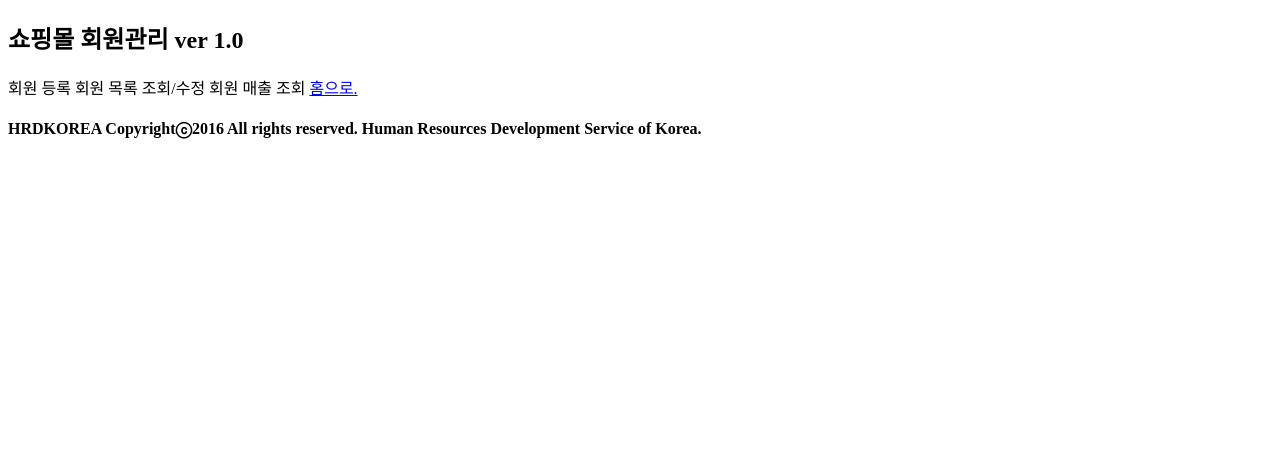
Repository: brightjy/Today-what-I-practiced
Page: http://localhost/HRD_900108/main/main.jsp
These files come from the project's save history. The page is drawn as it stood at one moment and after the next save; the edit follows.
The browser window is 1280 px wide. The pictures show the whole page.
The page is served by Tomcat 9.

Above is the page before, as saved 2020-05-09 10:54:58.

### hrdkorea_0509/HRD_900108/WebContent/main/main.jsp
<%@ page language="java" contentType="text/html; charset=UTF-8"
    pageEncoding="UTF-8"%>
<!DOCTYPE html>
<html>
<head>
<meta charset="UTF-8">
<title>Insert title here</title>
</head>
<body>
	<jsp:include page="../main/header.jsp"/>
	<section>

	</section>
	<jsp:include page="../main/footer.jsp"/>
</body>
</html>

### hrdkorea_0509/HRD_900108/WebContent/main/header.jsp
<%@ page language="java" contentType="text/html; charset=UTF-8"
    pageEncoding="UTF-8"%>
<!DOCTYPE html>
<html>
<head>
<meta charset="UTF-8">
<title>Insert title here</title>
</head>
<body>
	<header>
		<h2>쇼핑몰 회원관리 ver 1.0</h2>
	</header>
	<nav>
		<a>회원 등록</a>
		<a>회원 목록 조회/수정</a>
		<a>회원 매출 조회</a>
		<a href="../main/min.jsp">홈으로.</a>
	</nav>
</body>
</html>

### hrdkorea_0509/HRD_900108/WebContent/main/footer.jsp
<%@ page language="java" contentType="text/html; charset=UTF-8"
    pageEncoding="UTF-8"%>
<!DOCTYPE html>
<html>
<head>
<meta charset="UTF-8">
<title>Insert title here</title>
</head>
<body>
	<footer>
		<h4>HRDKOREA Copyrightⓒ2016 All rights reserved. Human Resources Development Service of Korea.</h4>
	</footer>
</body>
</html>

After the next save:
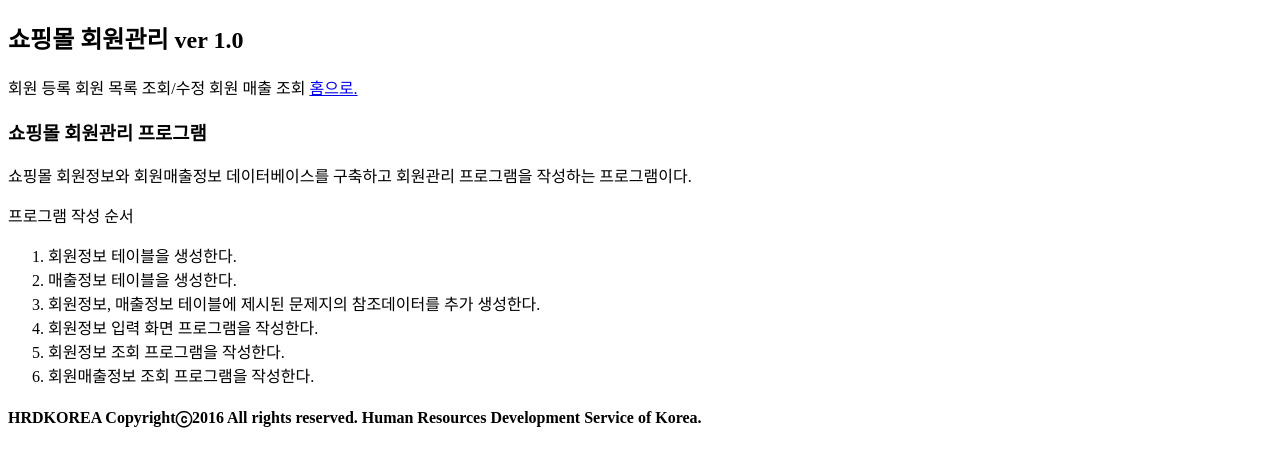
Saved 2 min 56 s later.
--- a/hrdkorea_0509/HRD_900108/WebContent/main/main.jsp
+++ b/hrdkorea_0509/HRD_900108/WebContent/main/main.jsp
@@ -9,7 +9,17 @@
 <body>
 	<jsp:include page="../main/header.jsp"/>
 	<section>
-
+		<h3>쇼핑몰 회원관리 프로그램</h3>
+		<p>쇼핑몰 회원정보와 회원매출정보 데이터베이스를 구축하고 회원관리 프로그램을 작성하는 프로그램이다.</p>
+		<p>프로그램 작성 순서</p>
+		<ol>
+			<li>회원정보 테이블을 생성한다.</li>
+			<li>매출정보 테이블을 생성한다.</li>
+			<li>회원정보, 매출정보 테이블에 제시된 문제지의 참조데이터를 추가 생성한다.</li>
+			<li>회원정보 입력 화면 프로그램을 작성한다.</li>
+			<li>회원정보 조회 프로그램을 작성한다.</li>
+			<li>회원매출정보 조회 프로그램을 작성한다.</li>
+		</ol>
 	</section>
 	<jsp:include page="../main/footer.jsp"/>
 </body>
